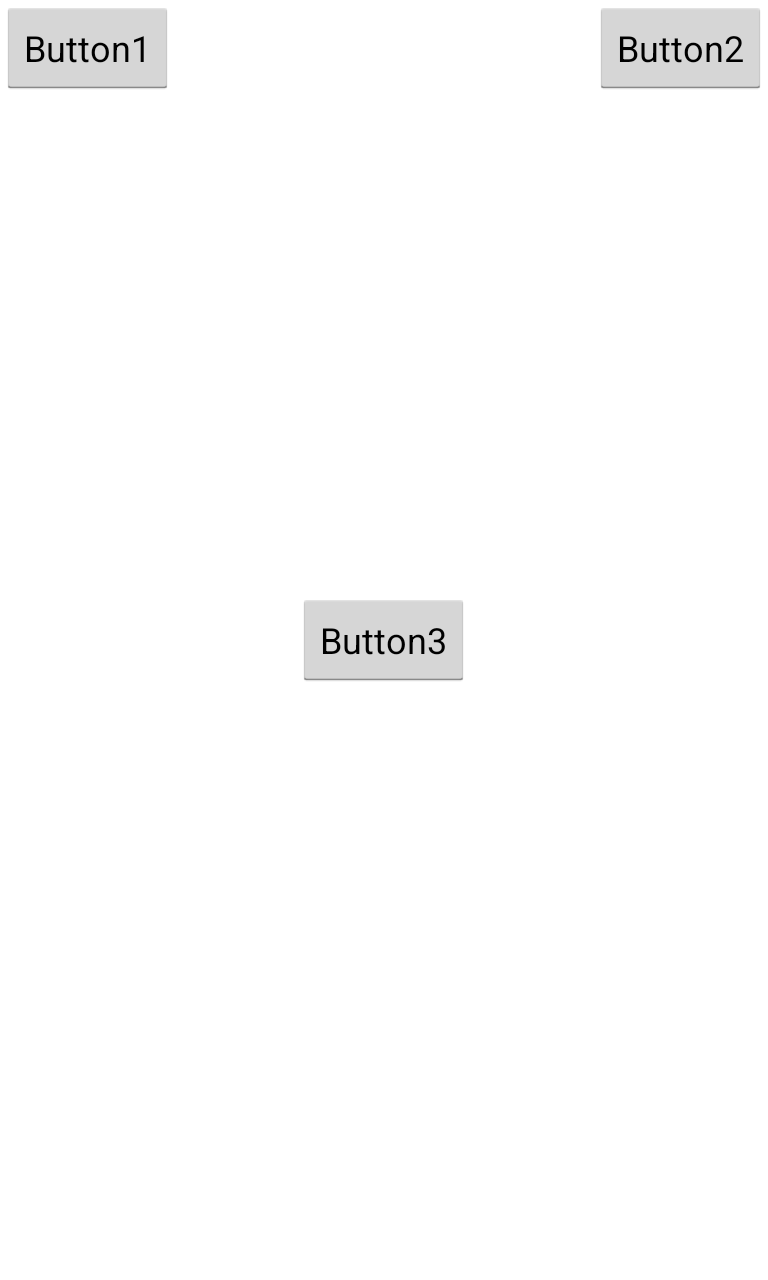
Repository: jinpp/Android
Layout: UILayoutTest/res/layout/relativelayout.xml
These files come from the project's save history. The layout is drawn as it stood at one moment and after the next save; the edit follows.
It is drawn on a 768 x 1280 px phone screen (xhdpi) without system bars, with theme AppTheme; the app's code is not run.

Above is the layout before, as saved 2016-11-16 07:57:51.

After the next save:
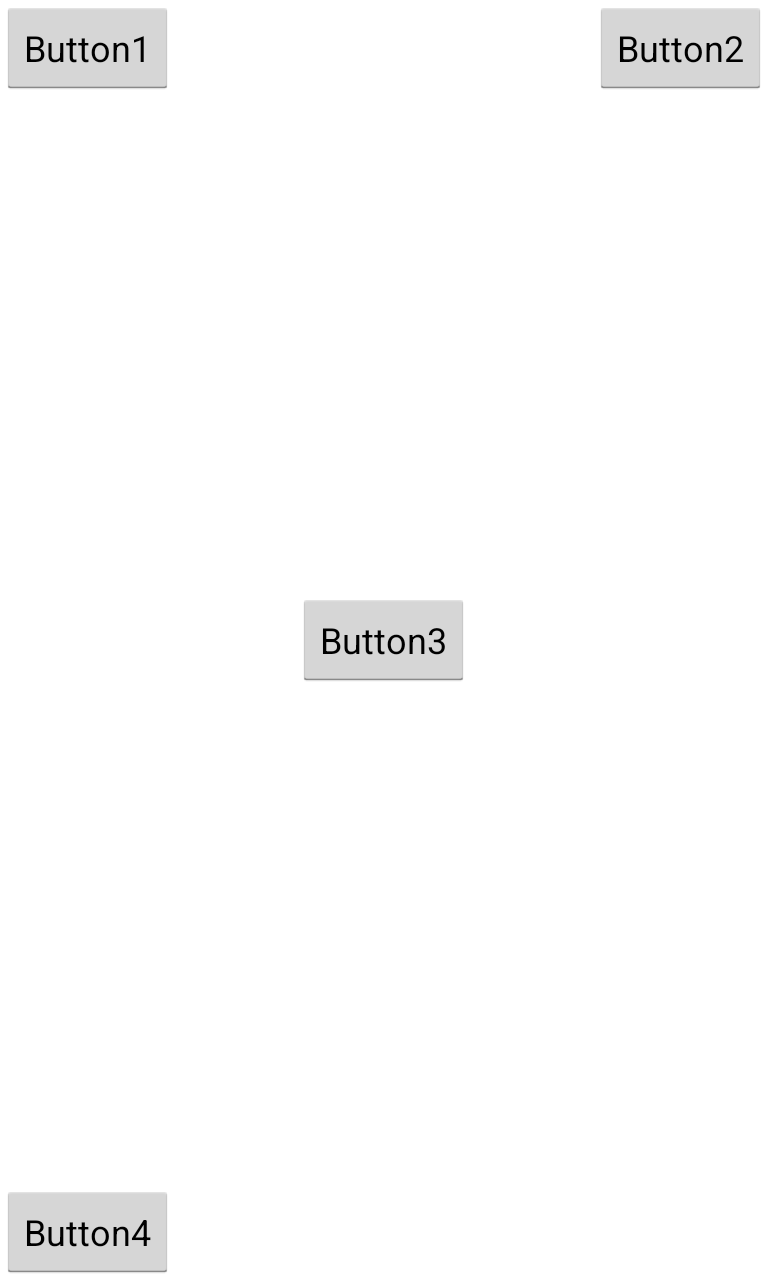
Saved 26 s later.
--- a/UILayoutTest/res/layout/relativelayout.xml
+++ b/UILayoutTest/res/layout/relativelayout.xml
@@ -23,4 +23,11 @@
         android:layout_height="wrap_content"
         android:layout_centerInParent="true"
         android:text="Button3" />
+       <Button
+        android:id="@+id/button4"
+        android:layout_width="wrap_content"
+        android:layout_height="wrap_content"
+        android:layout_alignParentLeft="true"
+        android:layout_alignParentBottom="true"
+        android:text="Button4" />
 </RelativeLayout>
